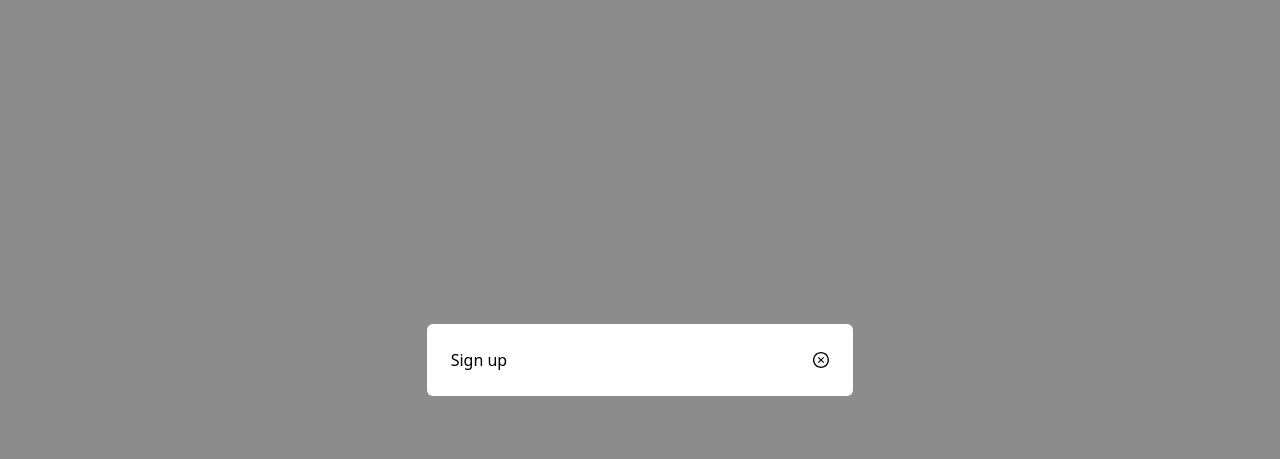
Repository: TinhTT336/MD02_Session14
Page: / (app in client/)
An editor plug-in stored every save of this project. The page is shown before and after the next save, followed by the edit.
The browser window is 1280 px wide. The pictures show the whole page.
The project was rebuilt for these pictures with package versions that can differ from the ones it lists, and the page was loaded fresh each time. Also part of the build but not shown: client/vite.config.js, client/src/firebase/configFirebase.js, client/src/components/UploadSingleFile.jsx, client/src/components/register/register.css, client/src/components/register/Register.jsx, client/src/components/register/RegisterWithImg.jsx.

Above is the page before, as saved 2023-09-14 14:06:39.

After the next save:
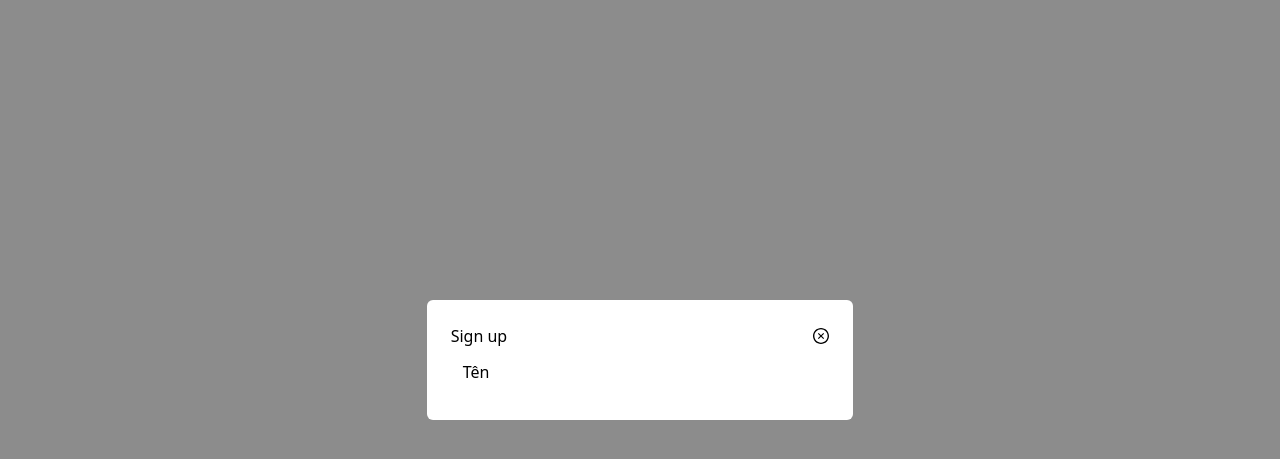
Saved 2 min 6 s later.
--- a/client/src/components/signup/Signup.jsx
+++ b/client/src/components/signup/Signup.jsx
@@ -10,6 +10,10 @@ export default function Signup() {
                         <h3>Sign up</h3>
                         <CloseCircleOutlined className='cursor-pointer hover:bg-slate-300 rounded-full' />
                     </div>
+                    <div className='p-3'>
+                        <label htmlFor="name">Tên</label>
+                        <input type="text" name="" id="" />
+                    </div>
                 </form>
             </div>
 
